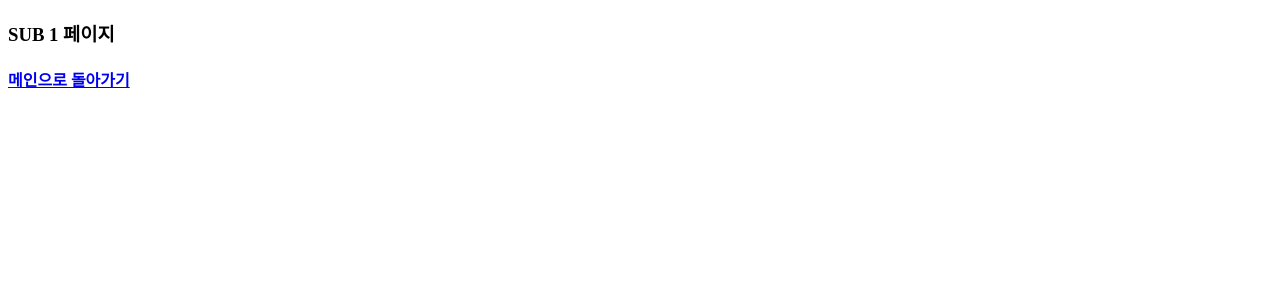
Repository: KimHeonSeung/TJE_HTML
Page: sources/day_01/WebContent/a_sub1.html
The author's editor kept a copy of each file at every save. The page is drawn from the files as they stood at one save, then again after the next save.
The browser window is 1280 px wide. The pictures show the whole page.

Above is the page before, as saved 2019-05-10 04:01:39.

After the next save:
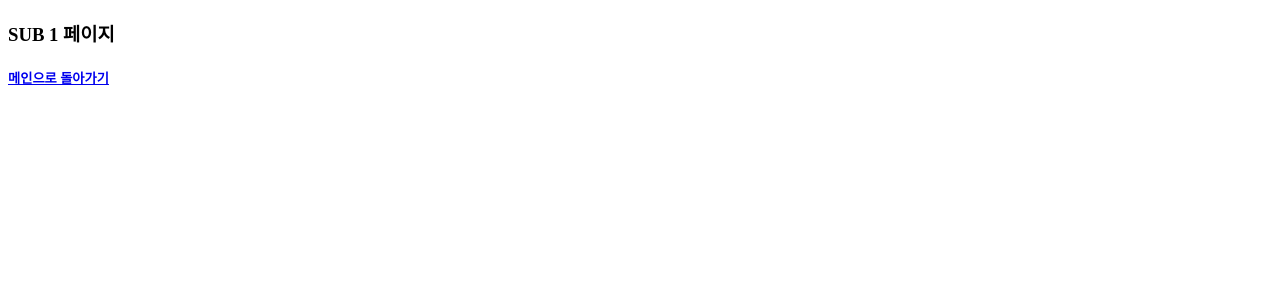
Saved 13 s later.
--- a/sources/day_01/WebContent/a_sub1.html
+++ b/sources/day_01/WebContent/a_sub1.html
@@ -7,7 +7,7 @@
 <body>
 
 	<h3>SUB 1 페이지</h3>
-	<h4><a href = "./a_main.html">메인으로 돌아가기</a></h4>
+	<h5><a href = "./a_main.html">메인으로 돌아가기</a></h5>
 
 </body>
 </html>
